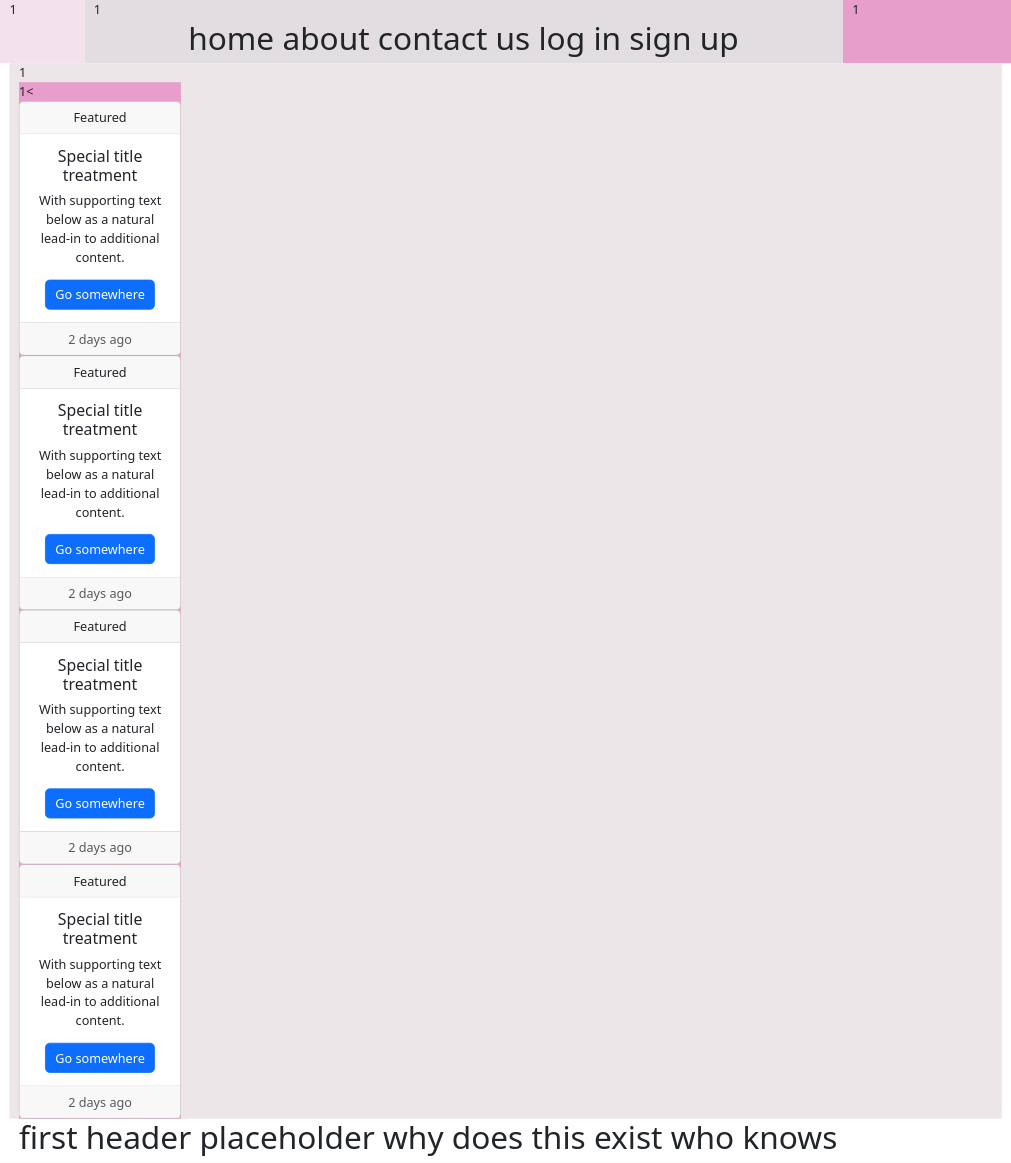
Repository: Treestr/classroom-assistant
Page: templates/homepage.html
These files come from the project's save history. The page is drawn as it stood at one moment and after the next save; the edit follows.
The browser window is 1280 px wide. The pictures show the whole page, at 79% of full size.
The template is drawn by Flask 3. The application's start-up code is not run. The template is opened directly, without the code that normally fills it, so the values that code supplies are empty.

Above is the page before, as saved 2024-04-21 20:06:30.

After the next save:
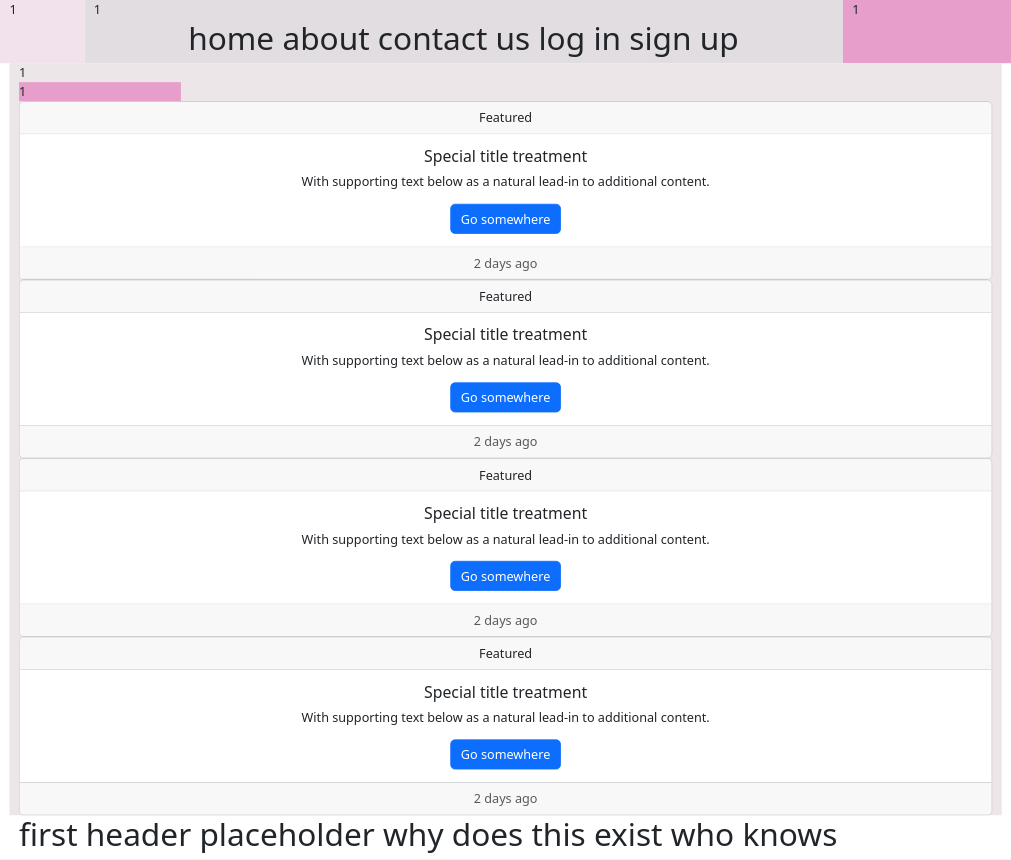
Saved 5 s later.
--- a/templates/homepage.html
+++ b/templates/homepage.html
@@ -26,7 +26,7 @@
       <div class="container-fluid">
     <div class="row">
         <div class="col-12" style="background-color: rgb(236, 230, 233)">1
-            <div class="col-2" style="background-color: rgb(232, 158, 202)">1<
+            <div class="col-2" style="background-color: rgb(232, 158, 202)">1</div>
 
 
 
@@ -87,7 +87,7 @@
   </div>
 </div>
 
-</div>
+
 
 
 
